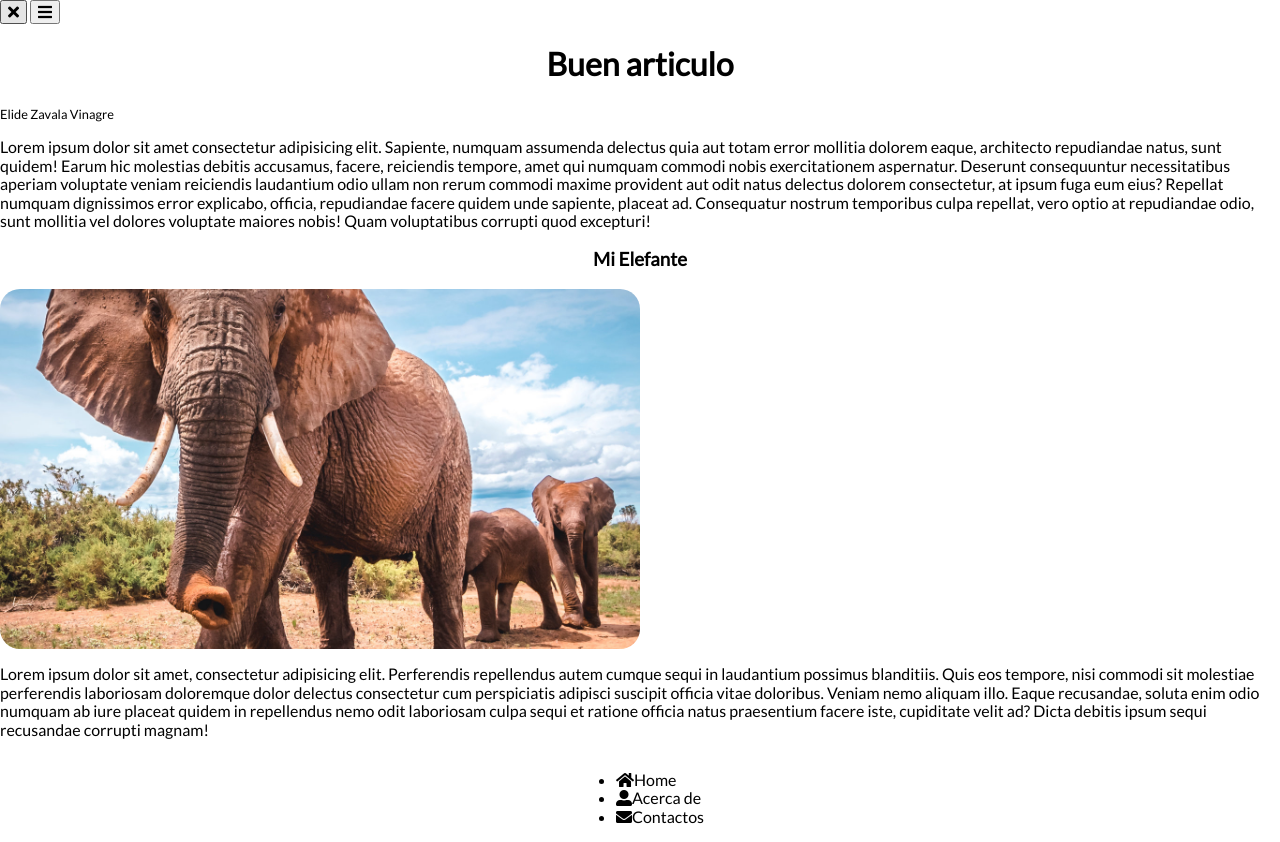
Repository: ElideZavala/Navagacion-en-rotacion
Page: index.html
These files come from the project's save history. The page is drawn as it stood at one moment and after the next save; the edit follows.
The browser window is 1280 px wide. The pictures show the whole page.

Above is the page before, as saved 2021-05-29 08:33:54.

### index.html
<!DOCTYPE html>
<html lang="en">
<head>
	<meta charset="UTF-8">
	<meta http-equiv="X-UA-Compatible" content="IE=edge">
	<meta name="viewport" content="width=device-width, initial-scale=1.0">
	<link rel="stylesheet" href="https://cdnjs.cloudflare.com/ajax/libs/font-awesome/5.15.3/css/all.min.css" integrity="sha512-iBBXm8fW90+nuLcSKlbmrPcLa0OT92xO1BIsZ+ywDWZCvqsWgccV3gFoRBv0z+8dLJgyAHIhR35VZc2oM/gI1w==" crossorigin="anonymous" referrerpolicy="no-referrer" />
	<link rel="stylesheet" href="style.css">
	<link rel="stylesheet" href="normalize.css">
	<title>Navegación Giratoria</title>
</head>
<body>
	<div class="container">
		<div class="circle-container">
			<div class="circle">
				<button id="close">
					<i class="fas fa-times"></i>
				</button>
				<button id="open">
					<i class="fas fa-bars"></i>
				</button>
			</div>
		</div>

		<div class="content">
			<h1 class="title">Buen articulo</h1>
			<small>Elide Zavala Vinagre</small>
			<p>Lorem ipsum dolor sit amet consectetur adipisicing elit. Sapiente, numquam assumenda delectus quia aut totam error mollitia dolorem eaque, architecto repudiandae natus, sunt quidem! Earum hic molestias debitis accusamus, facere, reiciendis tempore, amet qui numquam commodi nobis exercitationem aspernatur. Deserunt consequuntur necessitatibus aperiam voluptate veniam reiciendis laudantium odio ullam non rerum commodi maxime provident aut odit natus delectus dolorem consectetur, at ipsum fuga eum eius? Repellat numquam dignissimos error explicabo, officia, repudiandae facere quidem unde sapiente, placeat ad. Consequatur nostrum temporibus culpa repellat, vero optio at repudiandae odio, sunt mollitia vel dolores voluptate maiores nobis! Quam voluptatibus corrupti quod excepturi!</p>

			<h3 class="title">Mi Elefante</h3>
			<img class="img" src="./Elefante.jpg" alt="Elefante">
			<p>Lorem ipsum dolor sit amet, consectetur adipisicing elit. Perferendis repellendus autem cumque sequi in laudantium possimus blanditiis. Quis eos tempore, nisi commodi sit molestiae perferendis laboriosam doloremque dolor delectus consectetur cum perspiciatis adipisci suscipit officia vitae doloribus. Veniam nemo aliquam illo. Eaque recusandae, soluta enim odio numquam ab iure placeat quidem in repellendus nemo odit laboriosam culpa sequi et ratione officia natus praesentium facere iste, cupiditate velit ad? Dicta debitis ipsum sequi recusandae corrupti magnam!</p>
		</div>
	</div>

	<nav>
		<ul>
			<li><i class="fas fa-home"></i>Home</li>
			<li><i class="fas fa-user-alt"></i>Acerca de</li>
			<li><i class="fas fa-envelope"></i>Contactos</li>
		</ul>
	</nav>



	<script src="./script.js"></script>
</body>
</html>

### style.css
@import url('https://fonts.googleapis.com/css?family=Lato&display=swap');

* {
	box-sizing: border-box;
}

body {
	font-family: 'Lato', sans-serif;
	display: flex;
	flex-direction: column;
	align-items: center;

}

.title {
	text-align: center;
}

.img{
	width: 50vw;
	height: 50vh;
	display: flex;
	/* margin: auto; */
	border-radius: 20px;
	object-fit: cover;
}

Loaded but not shown: normalize.css (library); script.js (no stored copy; drawn as an empty file)

After the next save:
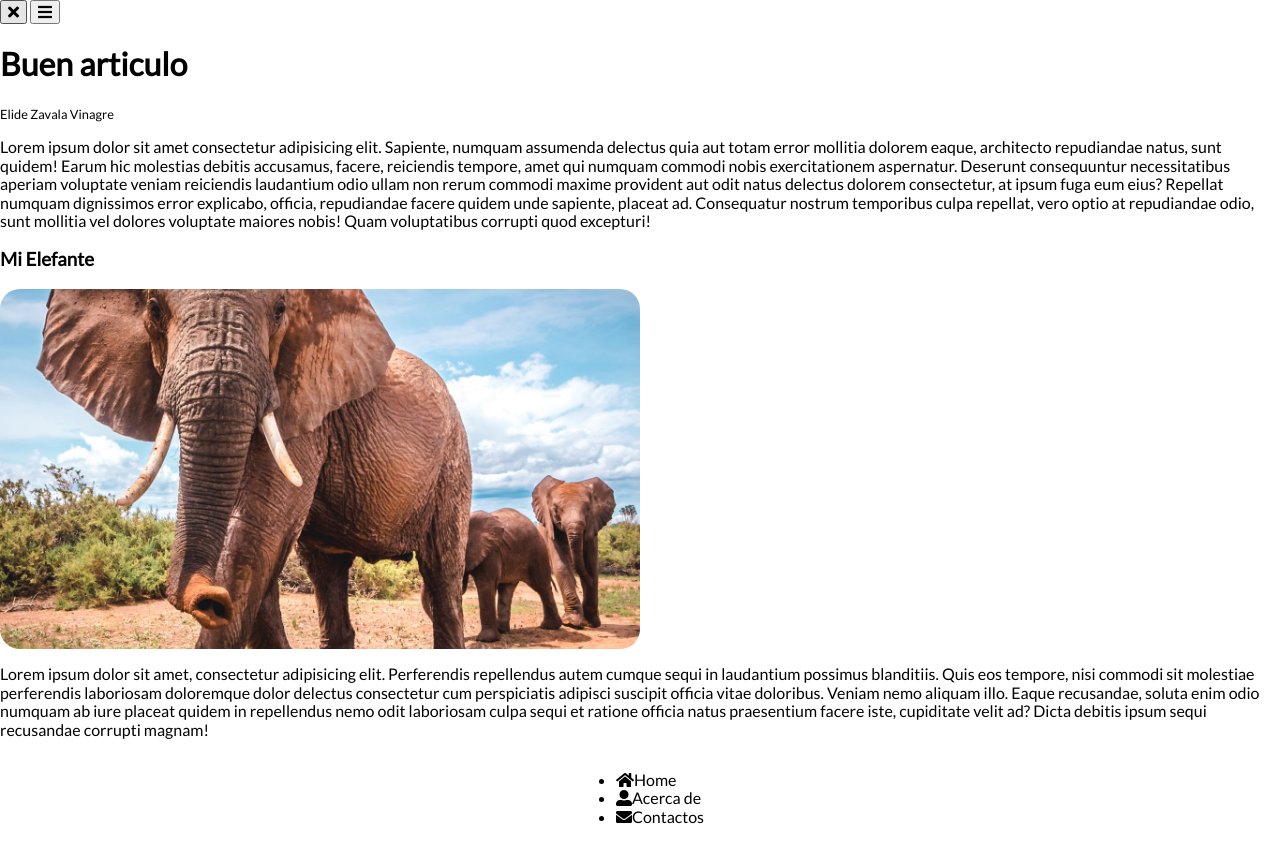
Saved 16 s later.
--- a/style.css
+++ b/style.css
@@ -13,14 +13,13 @@ body {
 }
 
 .title {
-	text-align: center;
+	/* text-align: center; */
 }
 
 .img{
 	width: 50vw;
 	height: 50vh;
 	display: flex;
-	/* margin: auto; */
 	border-radius: 20px;
 	object-fit: cover;
 }
